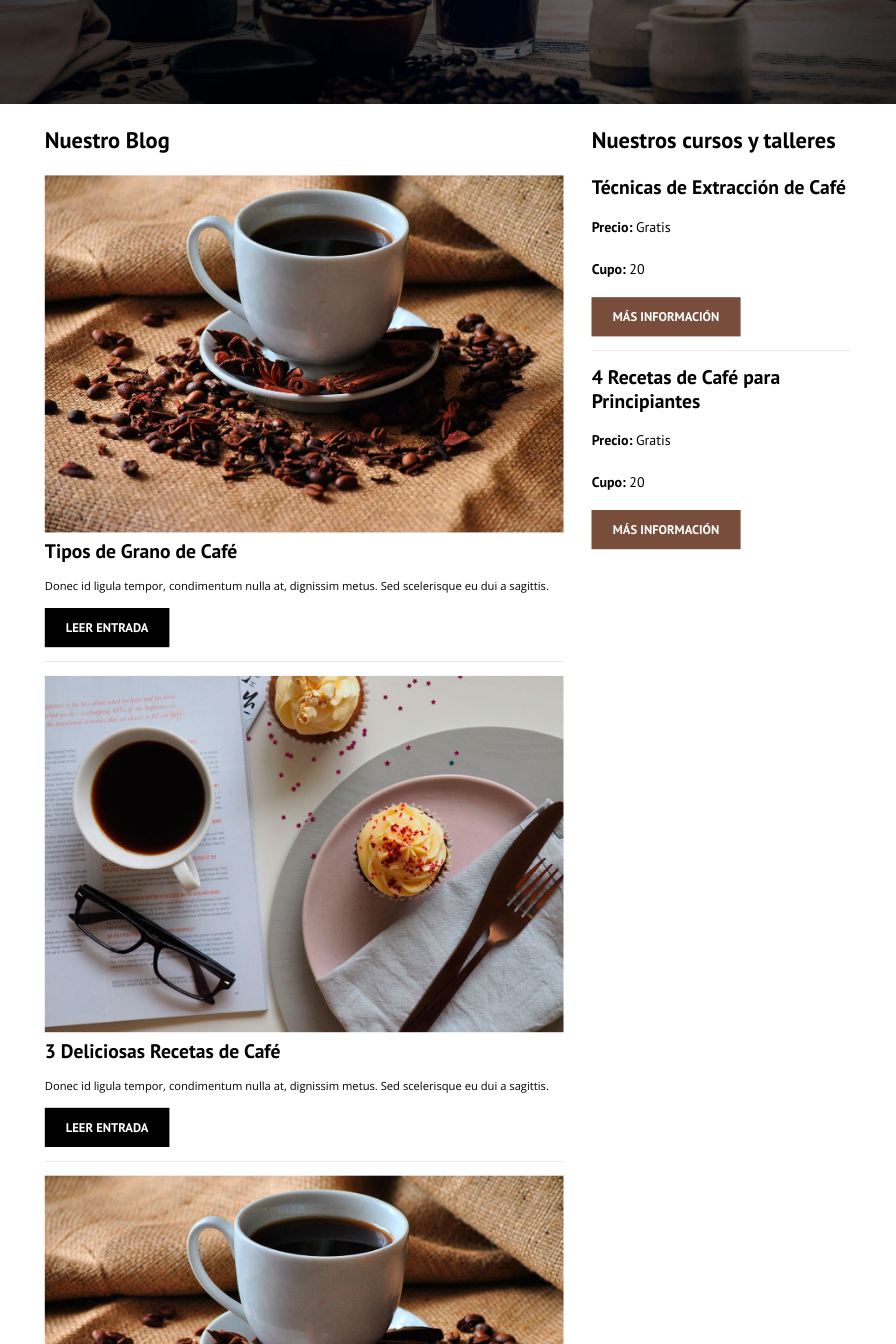
Repository: araque1990/blog_de_cafe
Page: index.html
These files come from the project's save history. The page is drawn as it stood at one moment and after the next save; the edit follows.
The browser window is 1280 px wide. The pictures show the part of the page from y = 452 to 2372 px (the page is 2992 px tall), at 70% of full size.

Above is the page before, as saved 2023-01-15 15:42:27.

After the next save:
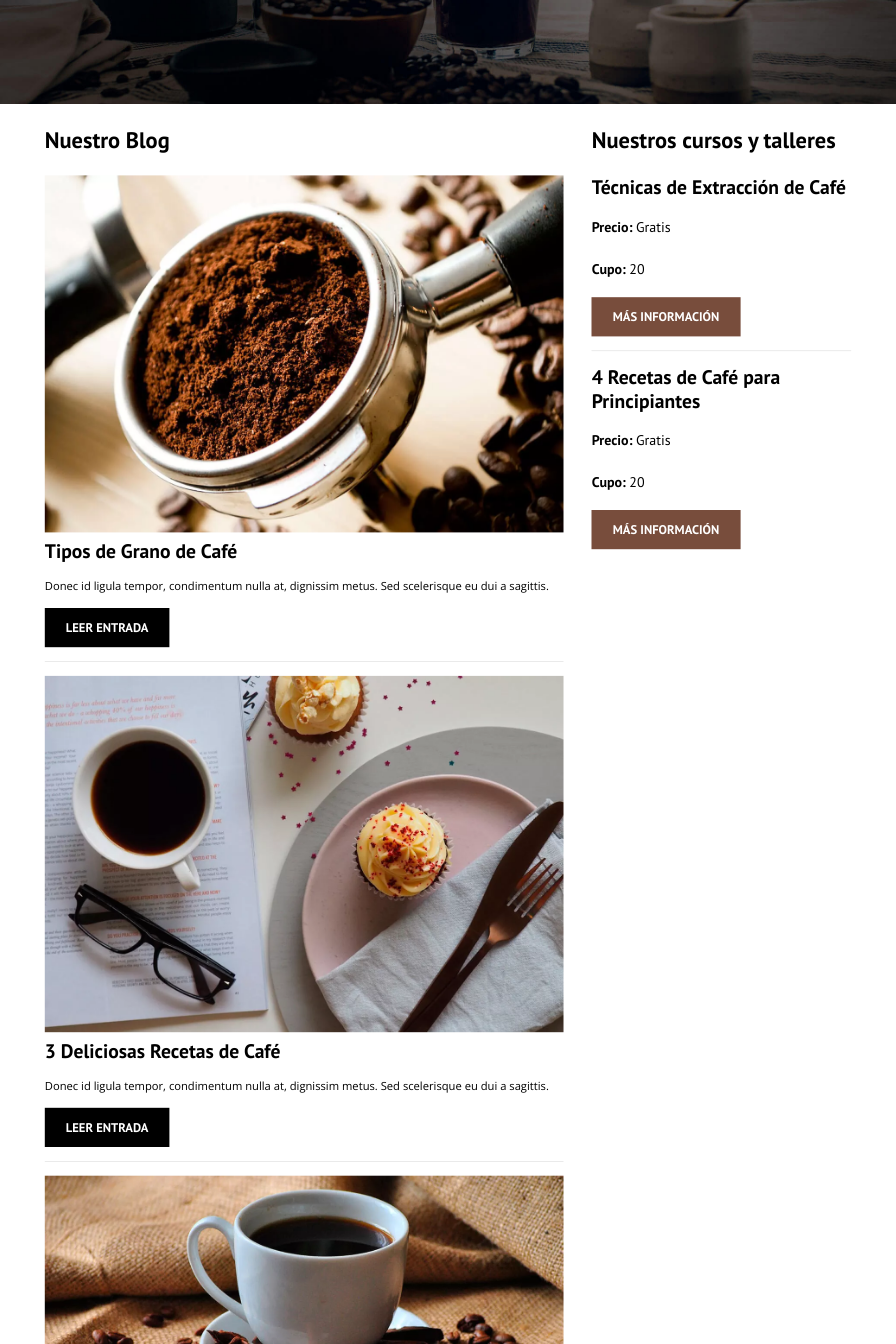
Saved 89 s later.
--- a/index.html
+++ b/index.html
@@ -49,7 +49,7 @@
       <article class="entrada">
         <div class="entrada__imagen">
           <picture>
-            <source srcset="img/blog3.webp" type="image/webp">
+            <source srcset="img/blog1.webp" type="image/webp">
             <img loading="lazy" src="img/blog1.jpg" alt="imagen blog">
           </picture>
         </div>
@@ -62,7 +62,10 @@
 
       <article class="entrada">
         <div class="entrada__imagen">
-          <img loading="lazy" src="img/blog2.jpg" alt="imagen blog">
+          <picture>
+            <source srcset="img/blog2.webp" type="image/webp">
+            <img loading="lazy" src="img/blog2.jpg" alt="imagen blog">
+          </picture>
         </div>
         <div class="entrada__contenido">
           <h4 class="no-margin">3 Deliciosas Recetas de Café</h4>
@@ -73,7 +76,10 @@
 
       <article class="entrada">
         <div class="entrada__imagen">
-          <img loading="lazy" src="img/blog3.jpg" alt="imagen blog">
+          <picture>
+            <source srcset="img/blog3.webp" type="image/webp">
+            <img loading="lazy" src="img/blog3.jpg" alt="imagen blog">
+          </picture>
         </div>
         <div class="entrada__contenido">
           <h4 class="no-margin">Beneficios del Café</h4>
